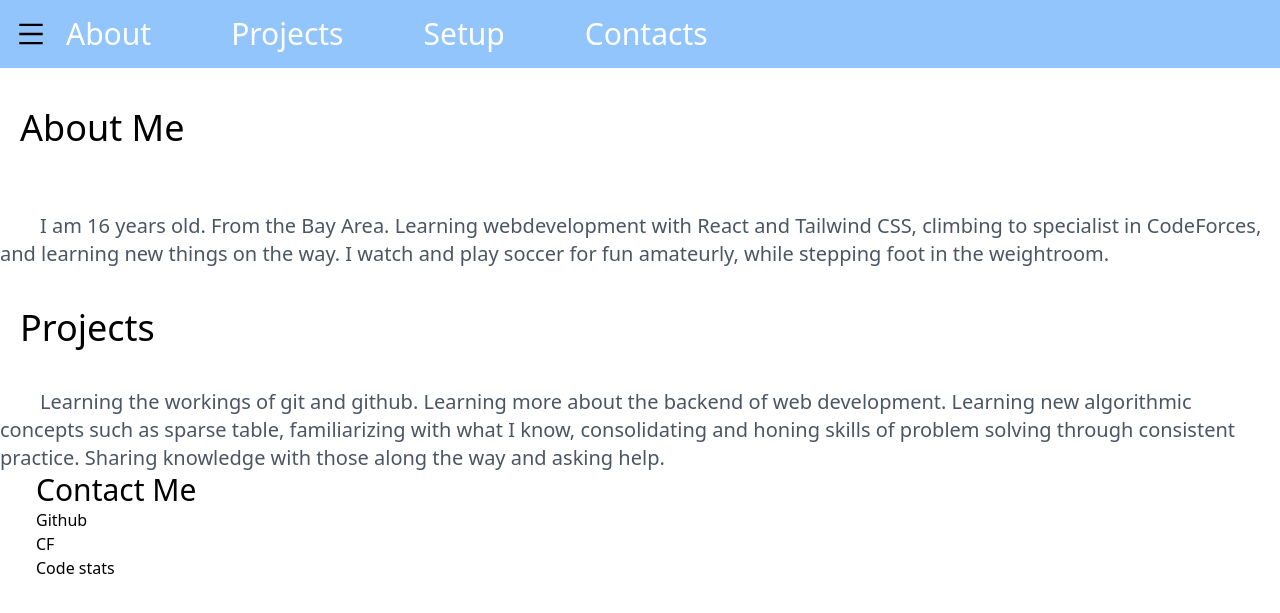
Repository: joshuayanggithub/joshua-yang-website
Page: /
These files come from the project's save history. The page is drawn as it stood at one moment and after the next save; the edit follows.
The browser window is 1280 px wide. The pictures show the whole page.
The project was rebuilt for these pictures with package versions that can differ from the ones it lists, and the page was loaded fresh each time.

Above is the page before, as saved 2023-01-07 16:48:02.

After the next save:
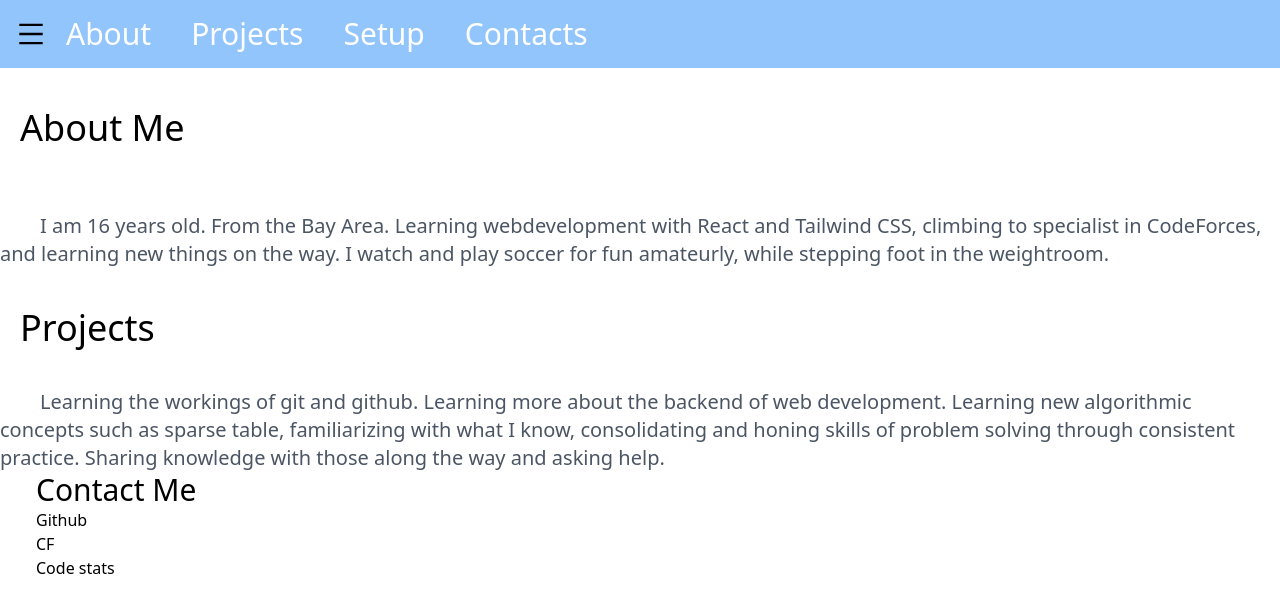
Saved 9 s later.
--- a/src/components/NavBar.jsx
+++ b/src/components/NavBar.jsx
@@ -15,7 +15,7 @@ const NavBar = () => {
         <AiOutlineMenu size={30}></AiOutlineMenu>
       </div>
 
-      <ul class="md:flex gap-10">
+      <ul class="md:flex gap-">
         {
           links.map((links) =>
             <li>
